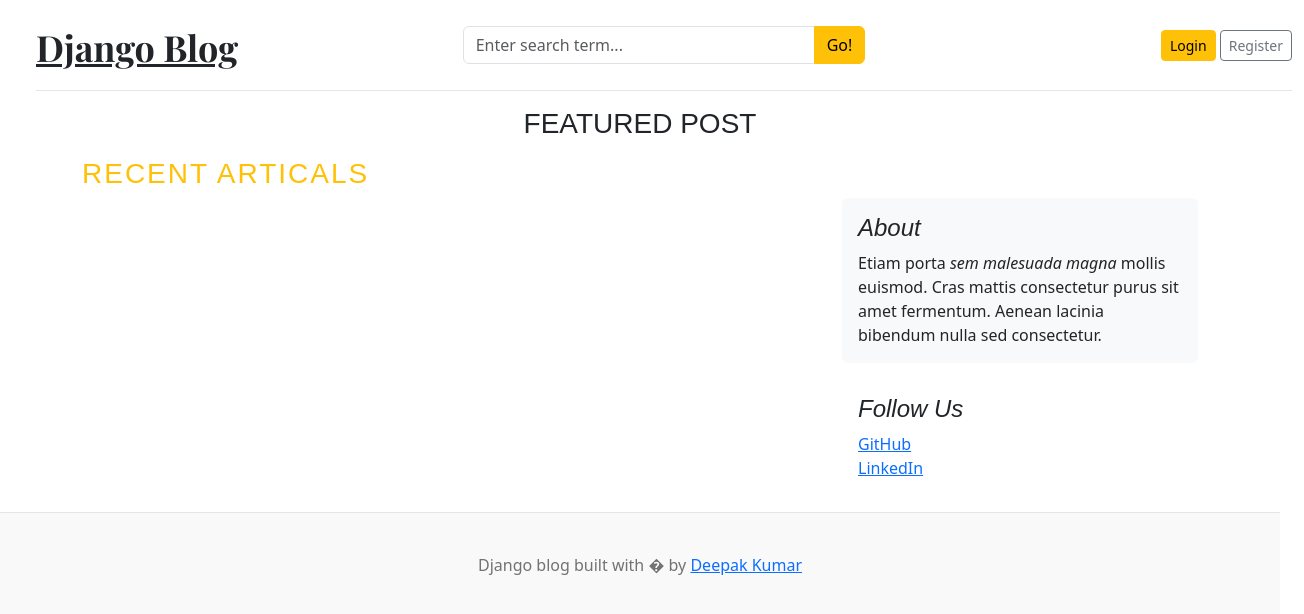
Repository: vijayholve/Blog-Website-Django
Page: templates/home.html
These files come from the project's save history. The page is drawn as it stood at one moment and after the next save; the edit follows.
The browser window is 1280 px wide. The page is 1304 px wide, so the pictures cover 1304 px, including what lies to the right of the window. The pictures show the whole page.
Some web fonts or font styles are not loaded; a fallback is used. The template is drawn by Django 5.2. The application's start-up code is not run. The template is opened directly, without the code that normally fills it, so the values that code supplies are empty.

Above is the page before, as saved 2025-01-29 16:16:04.

After the next save:
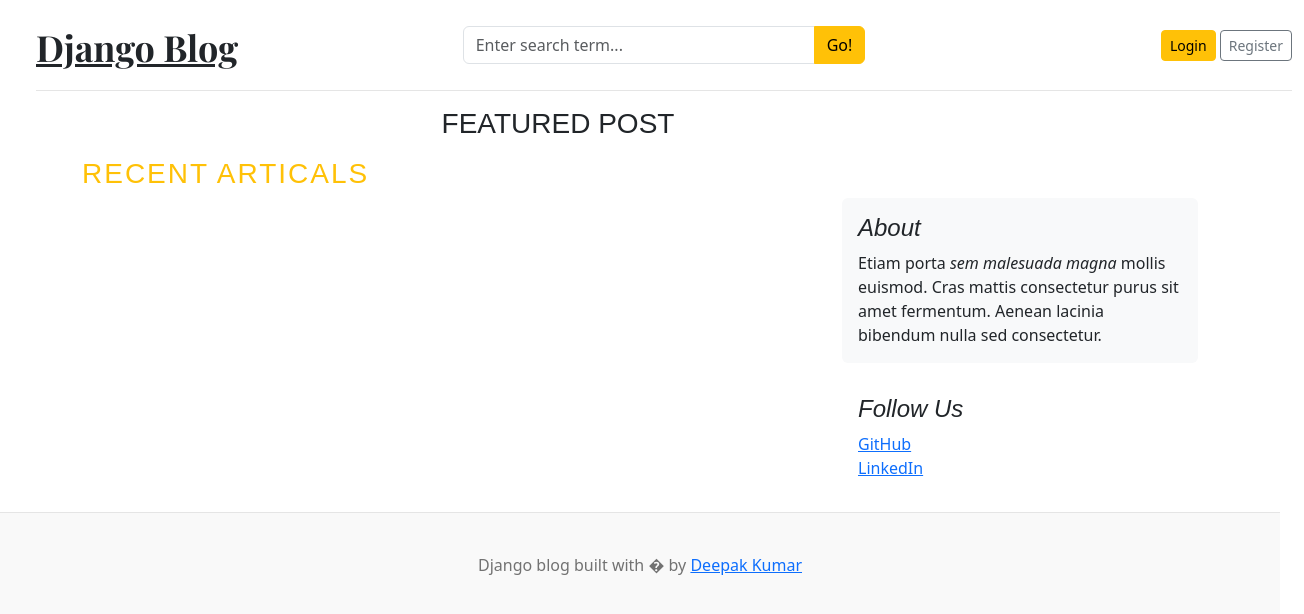
Saved 5 s later.
--- a/templates/home.html
+++ b/templates/home.html
@@ -17,7 +17,7 @@
 
 
 <!-- Featured POST -->
-<div class="row mb-2">
+<div class="container row mb-2">
     <h3 class="container mr-4 text-uppercase text-dark text-bold text-center" >Featured POST</h3>
     {% for post in featured_post %}
       {% if not forloop.first %}
